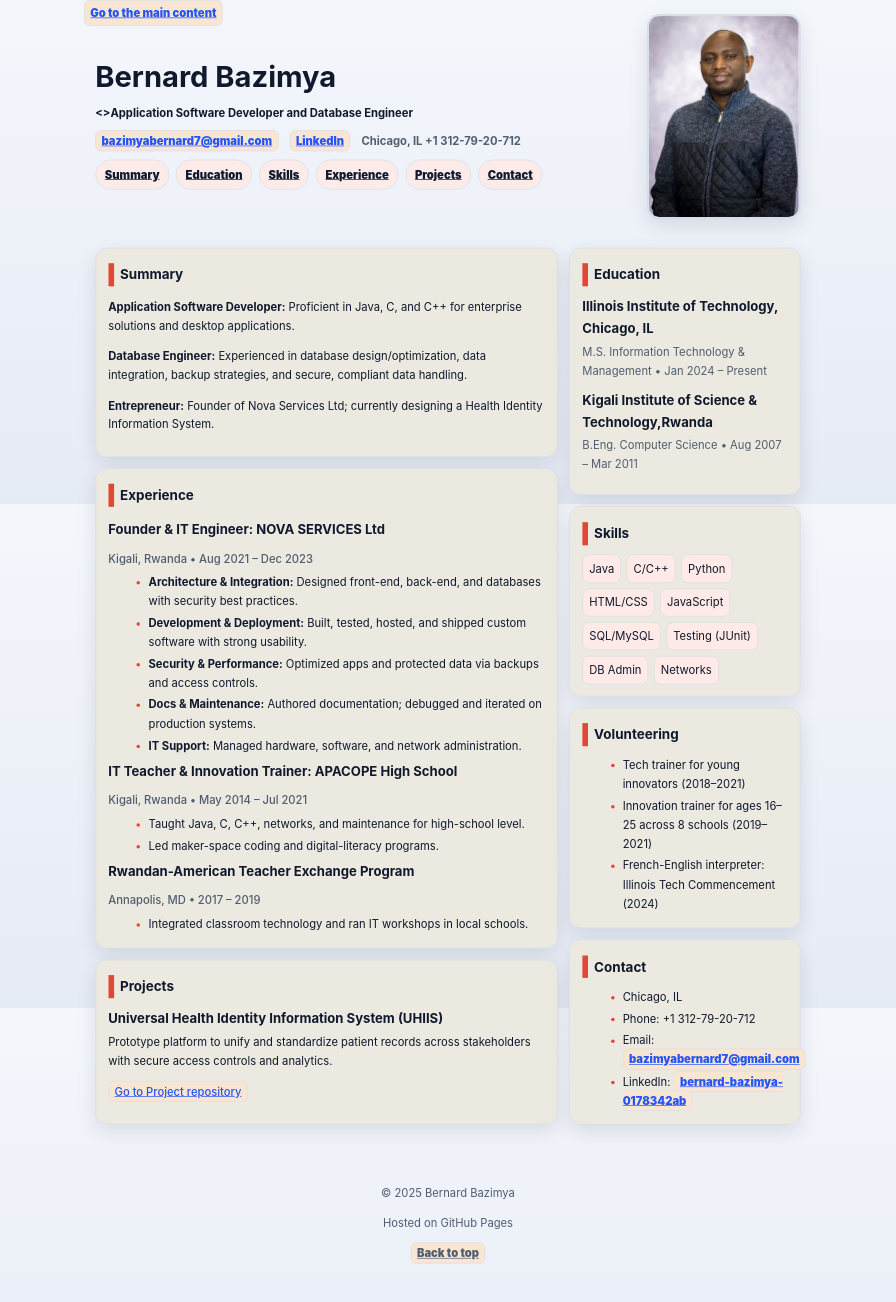
Repository: bbazimya/bernardbazimya-resume
Page: index.html
The author's editor kept a copy of each file at every save. The page is drawn from the files as they stood at one save, then again after the next save.
The browser window is 1280 px wide. The pictures show the whole page, at 70% of full size.
Backgrounds fixed to the window are drawn as part of the page. Some web fonts or font styles are not loaded; a fallback is used.

Above is the page before, as saved 2025-09-14 00:35:45.

### index.html
<!DOCTYPE html>
<html lang="en">
<head>
  <meta charset="utf-8" />
  <meta name="viewport" content="width=device-width, initial-scale=1" />
  <title>Bernard Bazimya-Resume</title>

  <!-- Google Web Fonts: I am using these links -->
  <link rel="preconnect" href="https://fonts.googleapis.com">
<link rel="preconnect" href="https://fonts.gstatic.com" crossorigin>
<link href="https://fonts.googleapis.com/css2?family=FAMILY_NAME:wght@WEIGHT_OR_RANGE&display=swap" rel="stylesheet">


  <!-- For my Styles -->
  <link rel="stylesheet" href="styles.css">
</head>

<body class="page">
 <a class="skiplink" href="#main">Go to the main content</a>

  <!--Header -->
  <header id="top" class="site-header container">
    <div class="header__text">
      <h1 class="site-title">Bernard Bazimya</h1>
      <p class="site-subtitle"><Strong><>Application Software Developer and Database Engineer</Strong></p>

      <!-- my contacts -->
      <ul class="contact-inline">
        <li><a href="Mail to:bazimyabernard7@gmail.com">bazimyabernard7@gmail.com</a></li>
        <li><a href="https://www.linkedin.com/in/bernard-bazimya-0178342ab/">LinkedIn</a></li>
        <li><span><strong>Chicago, IL  +1&nbsp;312-79-20-712</strong></span></li>
      </ul>

      <!-- Primary nav -->
      <nav class="nav" aria-label="Resume sections">
        <ul class="nav__list">
          <li class="nav__item"><a class="nav__link" href="#summary">Summary</a></li>
          <li class="nav__item"><a class="nav__link" href="#education">Education</a></li>
          <li class="nav__item"><a class="nav__link" href="#skills">Skills</a></li>
          <li class="nav__item"><a class="nav__link" href="#experience">Experience</a></li>
          <li class="nav__item"><a class="nav__link" href="#projects">Projects</a></li>
          <li class="nav__item"><a class="nav__link" href="#contact">Contact</a></li>
        </ul>

      </nav>
    </div>

    <!--insertion of my profile picture -->
    <figure class="header__photo">
          <img src="PICS/BERNARD_BAZIMYA.PNG" alt="my professional picture" />
      <figcaption class="visually-hidden">Bernard Bazimya profile picture</figcaption>
    </figure>
  </header>

  <!--Main-->
  <main id="main" class="container">
    <div class="layout">
      <!-- Main column -->
      <div class="layout__main">
        <section id="summary" class="card section">
          <h2 class="section__title">Summary</h2>
          <p><strong>Application Software Developer:</strong> Proficient in Java, C, and C++ for enterprise solutions and desktop applications.</p>
          <p><strong>Database Engineer:</strong> Experienced in database design/optimization, data integration, backup strategies, and secure, compliant data handling.</p>
          <p><strong>Entrepreneur:</strong> Founder of Nova Services Ltd; currently designing a Health Identity Information System.</p>
        </section>

        <section id="experience" class="card section">
          <h2 class="section__title">Experience</h2>

          <article class="job">
            <header class="job__header">
              <h3 class="job__title">Founder &amp; IT Engineer: NOVA SERVICES Ltd</h3>
              <p class="job__meta">Kigali, Rwanda • Aug&nbsp;2021 – Dec&nbsp;2023</p>
            </header>
            <ul class="list">
              <li><strong>Architecture &amp; Integration:</strong> Designed front-end, back-end, and databases with security best practices.</li>
              <li><strong>Development &amp; Deployment:</strong> Built, tested, hosted, and shipped custom software with strong usability.</li>
              <li><strong>Security &amp; Performance:</strong> Optimized apps and protected data via backups and access controls.</li>
              <li><strong>Docs &amp; Maintenance:</strong> Authored documentation; debugged and iterated on production systems.</li>
              <li><strong>IT Support:</strong> Managed hardware, software, and network administration.</li>
            </ul>
          </article>

          <article class="job">
            <header class="job__header">
              <h3 class="job__title">IT Teacher &amp; Innovation Trainer: APACOPE High School</h3>
              <p class="job__meta">Kigali, Rwanda • May&nbsp;2014 – Jul&nbsp;2021</p>
            </header>
            <ul class="list">
              <li>Taught Java, C, C++, networks, and maintenance for high-school level.</li>
              <li>Led maker-space coding and digital-literacy programs.</li>
            </ul>
          </article>

          <article class="job">
            <header class="job__header">
              <h3 class="job__title">Rwandan-American Teacher Exchange Program</h3>
              <p class="job__meta">Annapolis, MD • 2017 – 2019</p>
            </header>
            <ul class="list">
              <li>Integrated classroom technology and ran IT workshops in local schools.</li>
            </ul>
          </article>
        </section>

        <section id="projects" class="card section">
          <h2 class="section__title">Projects</h2>
          <article class="project">
            <h3 class="project__title">Universal Health Identity Information System (UHIIS)</h3>
            <p class="project__desc">Prototype platform to unify and standardize patient records across stakeholders with secure access controls and analytics.</p>
            <p><a class="project__link" href="https://github.com/bbazimya/universal_id">Go to Project repository</a></p>
          </article>
        </section>
      </div>

      <!-- Sidebar column -->
      <aside class="layout__side">
        <section id="education" class="card section">
          <h2 class="section__title">Education</h2>
          <article class="edu">
            <h3 class="edu__school">Illinois Institute of Technology, Chicago, IL</h3>
            <p class="edu__details">M.S. Information Technology &amp; Management • Jan&nbsp;2024 – Present</p>
          </article>
          <article class="edu">
            <h3 class="edu__school">Kigali Institute of Science &amp; Technology,Rwanda</h3>
            <p class="edu__details">B.Eng. Computer Science  • Aug&nbsp;2007 – Mar&nbsp;2011</p>
          </article>
        </section>

        <section id="skills" class="card section">
          <h2 class="section__title">Skills</h2>
          <ul class="tags">
            <li>Java</li><li>C/C++</li><li>Python</li><li>HTML/CSS</li><li>JavaScript</li>
            <li>SQL/MySQL</li><li>Testing (JUnit)</li><li>DB Admin</li><li>Networks</li>
          </ul>
        </section>

		 <section id="volunteering" class="card section">
          <h2 class="section__title">Volunteering</h2>
          <ul class="list">
            <li>Tech trainer for young innovators (2018–2021)</li>
            <li>Innovation trainer for ages 16–25 across 8 schools (2019–2021)</li>
            <li>French-English interpreter: Illinois Tech Commencement (2024)</li>
          </ul>
        </section>

        <section id="contact" class="card section">
          <h2 class="section__title">Contact</h2>
          <ul class="list">
            <li>Chicago, IL</li>
            <li>Phone: +1&nbsp;312-79-20-712</li>
            <li>Email: <a href="Mail to:bazimyabernard7@gmail.com">bazimyabernard7@gmail.com</a></li>
            <li>LinkedIn: <a href="https://www.linkedin.com/in/bernard-bazimya-0178342ab/">bernard-bazimya-0178342ab</a></li>
          </ul>
        </section>


      </aside>
    </div>
  </main>

  <!-- ========= Footer ========= -->
  <footer class="site-footer container">
    <p>&copy; 2025 Bernard Bazimya </p>
	 <p>Hosted on GitHub Pages</p>
    <p><a href="#top">Back to top</a></p>
  </footer>
</body>
</html>

### styles.css
/* Initial color settings*/
:root{
  --bg-start: hsl(219 48% 97%);
  --bg-end:   hsl(219 44% 93%);
  --surface:  hsl(49, 22%, 90%);

  --ink:      hsl(222 47% 12%);
  --muted:    hsl(215 16% 38%);
  --accent:   hsl(6 75% 55%);
  --link:     hsl(226 90% 55%);

  --border:   hsl(214 32% 88%);
  --shadow:   0 10px 28px rgba(14,22,40,.10);
}

@media (prefers-color-scheme: dark){
  :root{
    --bg-start: hsl(222 28% 10%);
    --bg-end:   hsl(222 28% 14%);
    --surface:  hsl(222 28% 18%);

    --ink:      hsl(210 40% 98%);
    --muted:    hsl(218 16% 72%);
    --accent:   hsl(6 75% 60%);
    --link:     hsl(226 90% 70%);

    --border:   hsl(222 18% 30%);
    --shadow:   0 12px 34px rgba(0,0,0,.45);
  }
}

/* Elements  */

*{box-sizing:border-box}

html,body
{height:100%;
}
body{
  margin:0;
  font-family:"Inter",system-ui,-apple-system,Segoe UI,Roboto,Ubuntu,Cantarell,"Helvetica Neue",Arial,sans-serif;
  font-size:16px;
  line-height:1.7;
  color:var(--ink);
  background:linear-gradient(180deg,var(--bg-start),var(--bg-end)) fixed;
}


a{

  color: var(--link);
  font-family: "Inter", system-ui, -apple-system, Segoe UI, Roboto, Arial, sans-serif;
  font-weight: 1000;

  background:hsl(31, 73%, 90%);
  padding: .25rem .5rem;
  border-radius: .5rem;
  border: 1px solid var(--border);
  transition: background .15s ease, color .15s ease, border-color .15s ease, transform .06s ease;
}


a:hover
{text-decoration:underline
}
.visually-hidden{
position:absolute!important;
width:1px;
height:1px;
margin:-1px;
padding:0;
overflow:hidden;
clip:rect(0 0 0 0);
border:0
}

/* ========= Containers / Layout ========= */
.container{max-width:1040px;margin:auto;padding:0 1rem}
.site-header{
  display:flex;gap:1.25rem 1.5rem;align-items:center;flex-wrap:wrap;padding:1.25rem 1rem 0;
}
.header__text{flex:1 1 420px;min-width:260px}
.header__photo{margin:0 0 0 auto;order:2}
.header__photo img{
  width:220px;max-width:42vw;aspect-ratio:3/4;height:auto;
  object-fit:cover;object-position:center;
  border-radius:18px;border:3px solid var(--border);
  box-shadow:var(--shadow);background:#fff;
}

.site-title{font-size:clamp(1.8rem,3.8vw,2.6rem);
margin:.2rem 0 0
}
.site-subtitle{
	color:var(--ink);
	margin:.25rem 0 .75rem
	}

.contact-inline{list-style:none;margin:.8rem 0 0;
padding:0;display:flex;flex-wrap:wrap;gap:.6rem 1rem;
color:var(--muted)}
.contact-inline a{color:var(--link)}
a:hover{background:var(--accent);border-color:var(--accent);color:#fff;transform:translateY(-1px)}


.nav__list{
list-style:none;margin:.75rem 0 0;
padding:0;
display:flex;flex-wrap:wrap;gap:.5rem .6rem}
.nav__link{
  display:inline-block;
  padding:.45rem .8rem;
  border:1px solid var(--border);
  border-radius:999px;
  background:var(--surface);
  color:var(--ink);
  background-color:hsl(9, 76%, 95%);
  transition:transform .06s ease, border-color .15s ease, color .15s ease, background .15s ease;
}
.nav__link:hover{background:var(--accent);border-color:var(--accent);color:#fff;transform:translateY(-1px)}

/* Main grid */
.layout{display:grid;gap:1rem;margin:1rem 0 2rem}
.layout__main{min-width:0}
.layout__side{min-width:0}
@media (min-width:960px){
  .layout{grid-template-columns:2fr 1fr}
}

/* Sections / Cards*/
.card{
  background:var(--surface);
  border:1px solid var(--border);
  border-radius:16px;
  padding:1.1rem 1.1rem 1rem;
  box-shadow:var(--shadow);
}
.section{margin:1rem 0}
.section__title{
  margin:.25rem 0 .85rem;
  font-size:1.2rem;font-weight:700;
  border-left:8px solid var(--accent);
  padding-left:.55rem;
}

/*  Lists / Tags */
.list{margin:.4rem 0 .25rem 1.1rem}
.list li{margin:.25rem 0}
.list li::marker{color:var(--accent)}

.tags{display:flex;flex-wrap:wrap;gap:.5rem;list-style:none;margin:.25rem 0 0;padding:0}
.tags li{
  padding:.35rem .55rem;border-radius:10px;
  background:color-mix(in oklab, var(--accent) 12%, white 88%);
  color:var(--ink);border:1px solid var(--border);
}

/*Blocks*/
.job__header{display:flex;justify-content:space-between;align-items:flex-end;gap:.75rem;flex-wrap:wrap}
.job__title{margin:.2rem 0 0;font-weight:700}
.job__meta{margin:0;color:var(--muted);font-weight:500}

.edu{margin:.4rem 0 .8rem}
.edu__school{margin:.2rem 0 0}
.edu__details{margin:.2rem 0 0;color:var(--muted)}

.project__title{margin:.2rem 0 .25rem}
.project__desc{margin:.2rem 0 .5rem}
.project__link{font-weight:500}

/*Footer*/
.site-footer{padding:1.25rem 1rem 2.5rem;text-align:center;color:var(--muted)}
.site-footer a{color:inherit;text-decoration:underline}

/*Skiplink*/
.skiplink{
  position:absolute;left:120px;top:auto;width:auto;height:auto;
}

.skiplink:hover{
 background:var(--accent);border-color:var(--accent);color:#fff;transform:translateY(-1px)
}

/* for print */
@media print{
  :root{--bg-start:#fff;--bg-end:#fff;--surface:#fff;--border:#ddd}
  body{background:#fff;font-size:12px}
  .nav,.skiplink,.site-footer{display:none}
  .container{max-width:100%;padding:0}
  .card{box-shadow:none;border-color:#ccc}
  .header__photo img{border:none;box-shadow:none}
}

After the next save:
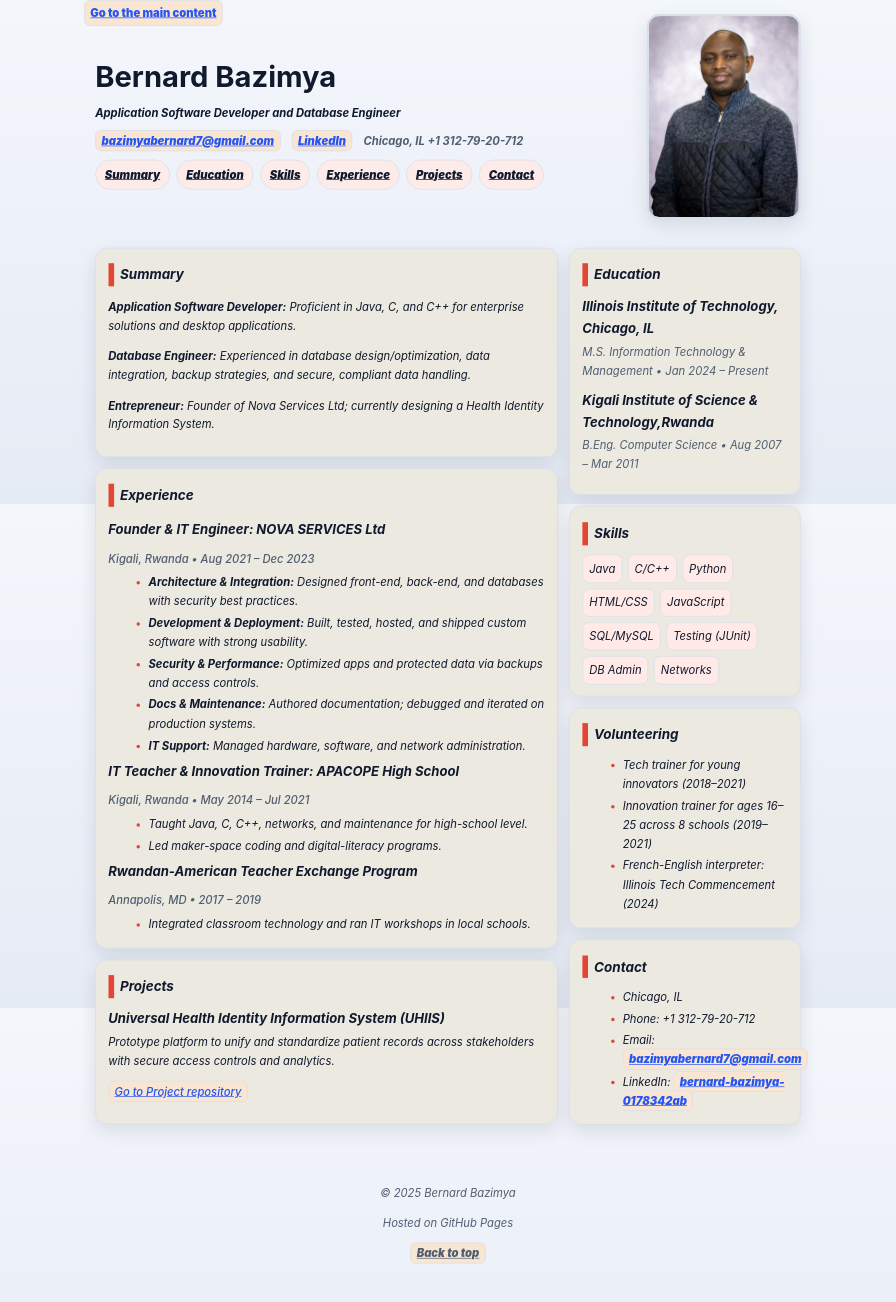
Saved 4 s later.
--- a/index.html
+++ b/index.html
@@ -22,7 +22,7 @@
   <header id="top" class="site-header container">
     <div class="header__text">
       <h1 class="site-title">Bernard Bazimya</h1>
-      <p class="site-subtitle"><Strong><>Application Software Developer and Database Engineer</Strong></p>
+      <p class="site-subtitle"><Strong><i>Application Software Developer and Database Engineer</Strong></p>
 
       <!-- my contacts -->
       <ul class="contact-inline">
